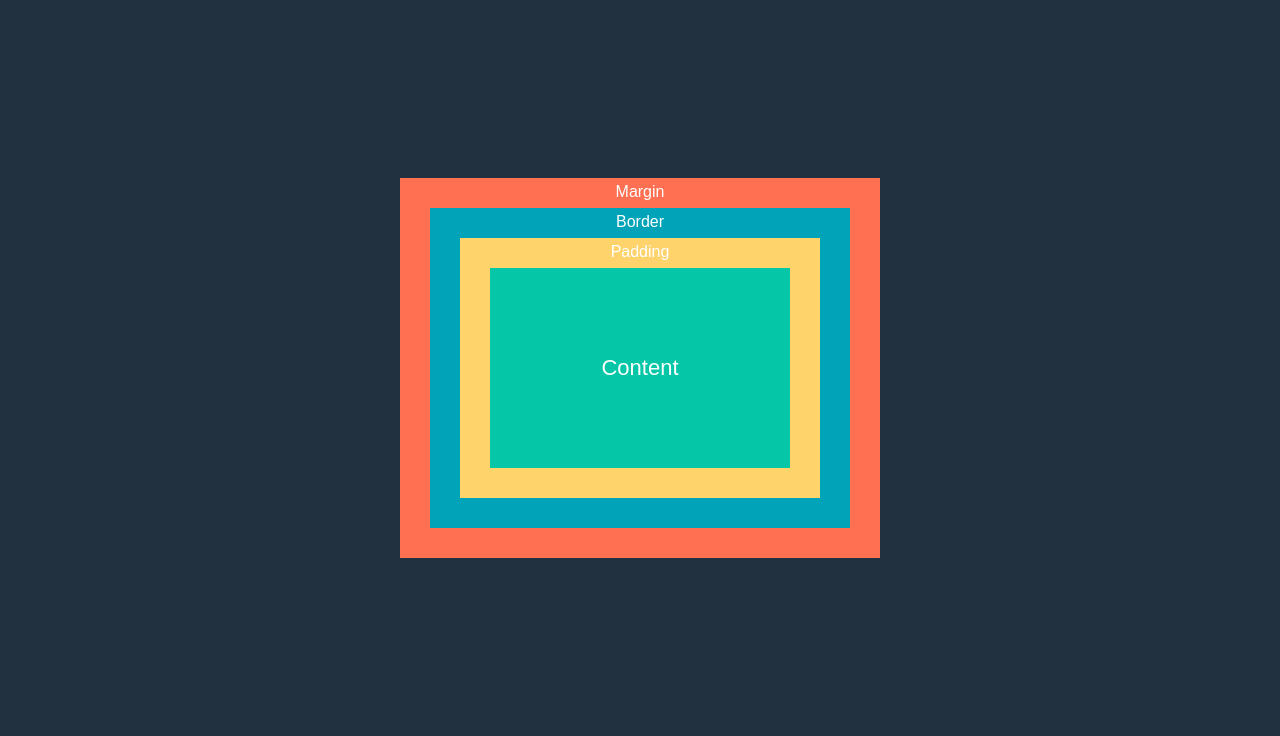
Repository: Glory998/ELCE1-32
Page: box.html
An editor plug-in stored every save of this project. The page is shown before and after the next save, followed by the edit.
The browser window is 1280 px wide. The pictures show the whole page.

Above is the page before, as saved 2025-12-11 23:17:38.

### box.html
<!DOCTYPE html>
<html>
<head>
<style>
body{
  background:#223140;
  display:flex;
  justify-content:center;
  align-items:center;
  height:100vh;
  font-family:Arial;
  color:white;
}

/* OUTER LAYER – MARGIN */
.margin{
  background:#ff6f52;
  padding:30px;
  position:relative;
}
.margin::after{
  content:"Margin";
  position:absolute;
  top:5px;
  left:50%;
  transform:translateX(-50%);
}

/* BORDER LAYER */
.border{
  background:#00a3b8;
  padding:30px;
  position:relative;
}
.border::after{
  content:"Border";
  position:absolute;
  top:5px;
  left:50%;
  transform:translateX(-50%);
}

/* PADDING LAYER */
.padding{
  background:#ffd36b;
  padding:30px;
  position:relative;
}
.padding::after{
  content:"Padding";
  position:absolute;
  top:5px;
  left:50%;
  transform:translateX(-50%);
}

/* CONTENT BOX */
.content{
  background:#06c6a8;
  width:300px;
  height:200px;
  display:flex;
  justify-content:center;
  align-items:center;
  font-size:22px;
  position:relative;
}
</style>
</head>
<body>

<div class="margin">
  <div class="border">
    <div class="padding">
      <div class="content">Content</div>
    </div>
  </div>
</div>

</body>
</html>

After the next save:
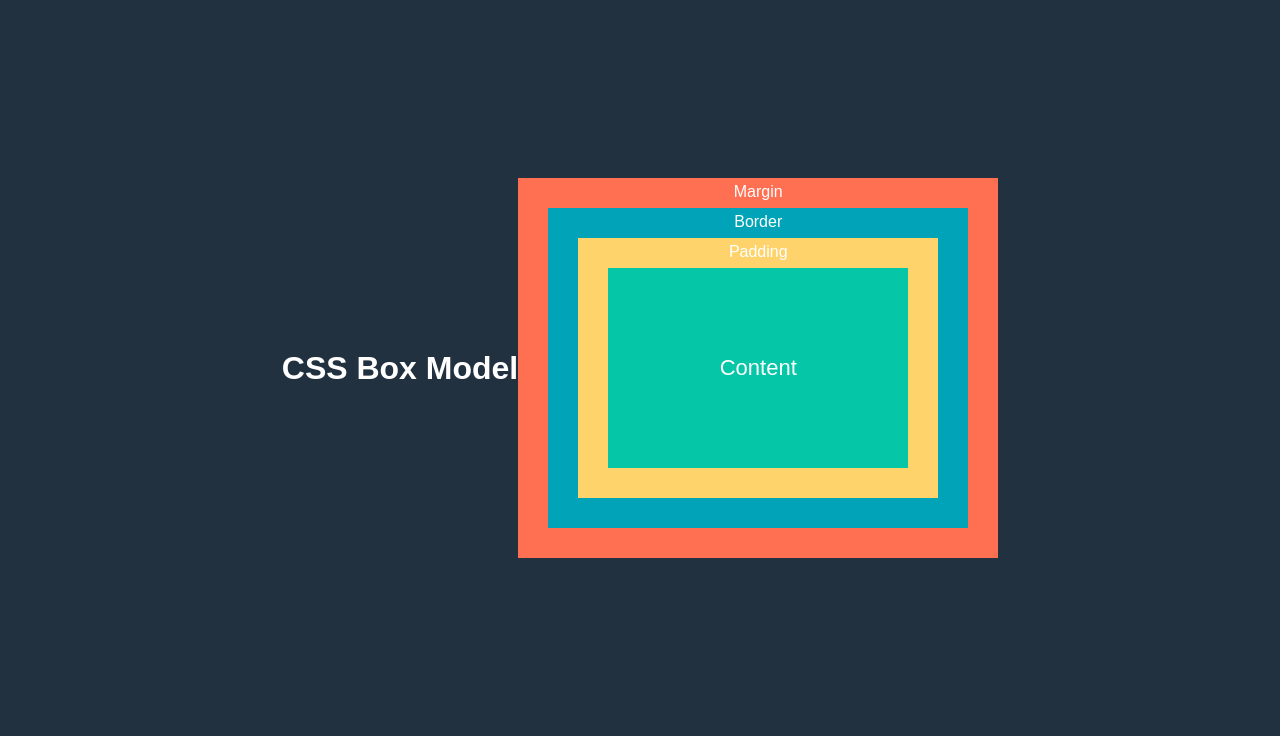
Saved 4 min 10 s later.
--- a/box.html
+++ b/box.html
@@ -68,7 +68,7 @@ body{
 </style>
 </head>
 <body>
-
+<h1>CSS Box Model</h1>
 <div class="margin">
   <div class="border">
     <div class="padding">
